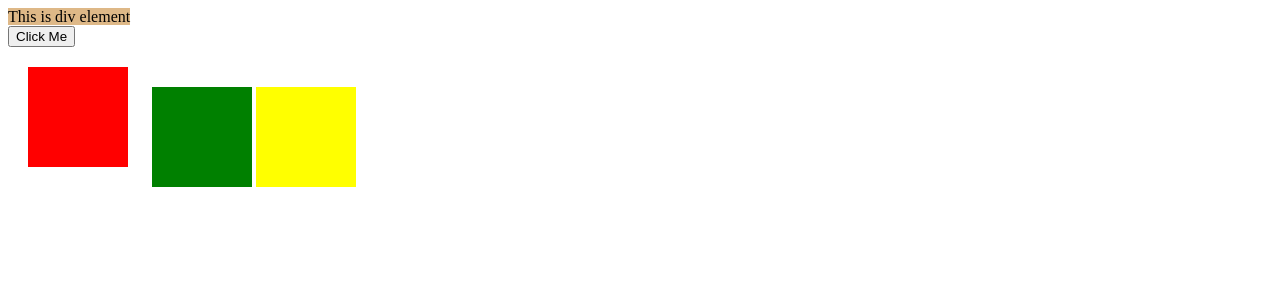
Repository: rakeshkolpepatil/CSS_Apana_College
Page: index.html
The author's editor kept a copy of each file at every save. The page is drawn from the files as they stood at one save, then again after the next save.
The browser window is 1280 px wide. The pictures show the whole page.

Above is the page before, as saved 2023-06-23 00:20:51.

After the next save:
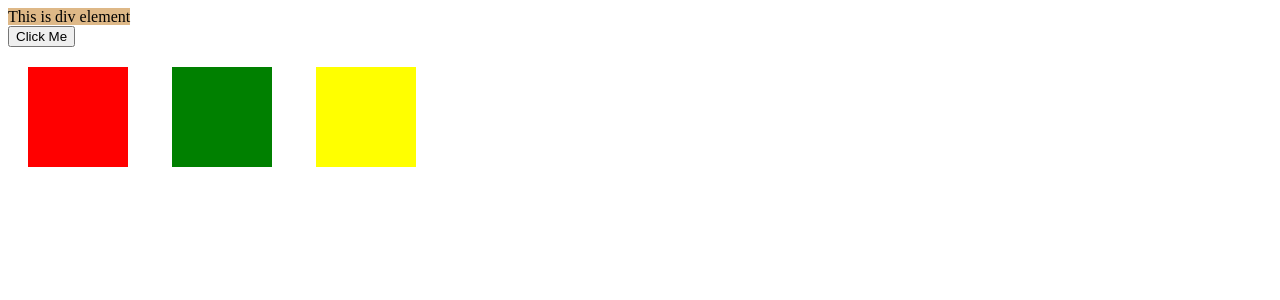
Saved 14 s later.
--- a/styleThree.css
+++ b/styleThree.css
@@ -16,6 +16,7 @@ button{
 }
 
 #div2{
+  margin: 20px;
   display: inline-block;
   width: 100px;
   height: 100px;
@@ -23,6 +24,7 @@ button{
 }
 
 #div3{
+  margin: 20px;
   display: inline-block;
   width: 100px;
   height: 100px;
